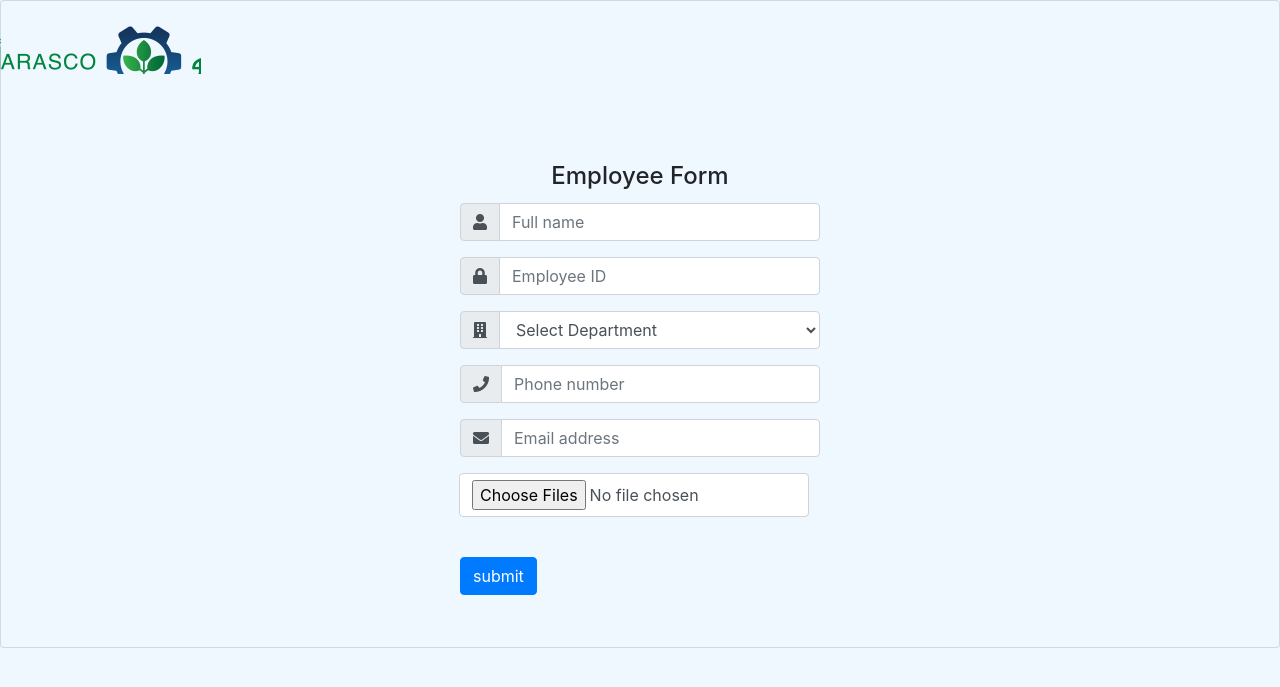
Repository: Abdulah68/ARASCO
Page: index.html
The author's editor kept a copy of each file at every save. The page is drawn from the files as they stood at one save, then again after the next save.
The browser window is 1280 px wide. The pictures show the whole page.
Some web libraries are served in a nearby version.

Above is the page before, as saved 2020-12-24 14:40:12.
Console error: TypeError: Cannot read properties of undefined (reading 'fn')

After the next save:
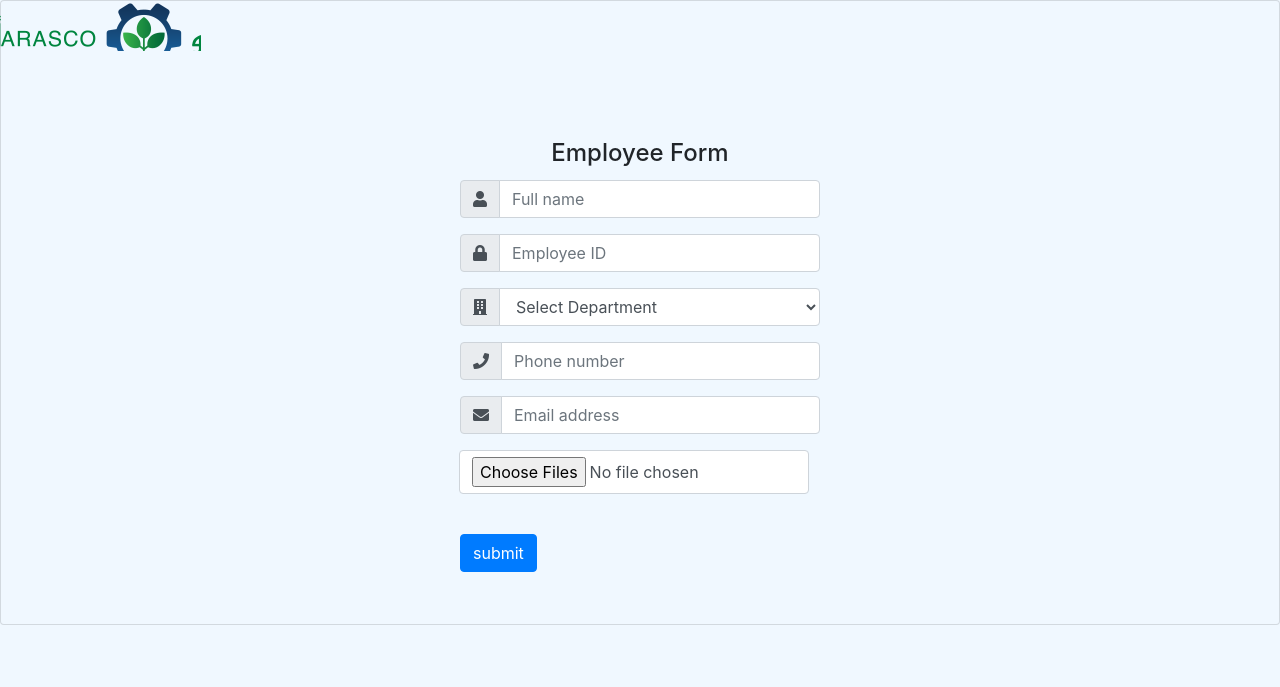
Saved 6 s later.
--- a/style.css
+++ b/style.css
@@ -3,7 +3,7 @@
 {
 
     background: url(Iamges/ARASCO1.png);
-    margin-top: 25px;
+    margin-top: 2px;
     margin-left: -572px;
     margin-right:1078px;
     margin-bottom: 52px;
